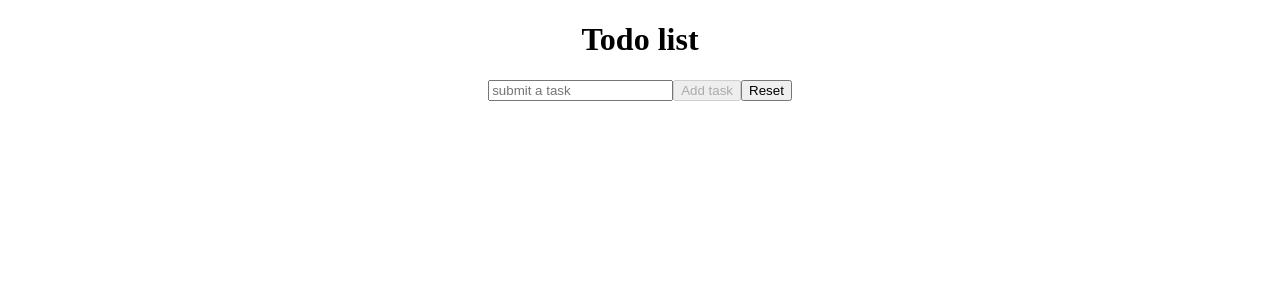
Repository: Ylan-sayada/todo-list
Page: /, after clicking the first element matching `button`
These files come from the project's save history. The page is drawn as it stood at one moment and after the next save; the edit follows.
The browser window is 1280 px wide. The pictures show the whole page.
The project was rebuilt for these pictures with package versions that can differ from the ones it lists, and the page was loaded fresh each time.

Above is the page before, as saved 2021-05-29 22:42:37.

### src/index.js
import React from 'react';
import ReactDOM from 'react-dom';
import App from './App.jsx';
ReactDOM.render(
  <React.StrictMode>
    <App />
  </React.StrictMode>,
  document.getElementById('root')
);

### src/App.jsx
import React from 'react';
import TodoContainer from './components/TodoContainer';

function App() {
  return (
    <div className="App">
      <header className="App-header" style={{textAlign:"center"}}>
       <h1>Todo list</h1>
       <TodoContainer style={{margin:"auto 0"}}/>
      </header>
    </div>
  );
}

export default App;

### src/components/TodoContainer.jsx
import React,{useReducer,useState} from 'react'
import TodoInput from './TodoInput';
import TodoContent from './TodoContent';
let idGenerator = 0
function reducer(state, action) {
    switch (action.type) {
      case 'add':
        return [...state,{
            id:idGenerator++,
            taskName: action.payload,
            isAccomplished:false,
        }];
      case 'update':
         let {id,taskName,isAccomplished} = state.filter(task => task.id === action.payload)[0];
         state = state.map((task)=>{
            return task.id === action.payload ? {id,taskName,isAccomplished:!isAccomplished} : task;
         })
        return [...state]
      case 'delete':
          state = state.filter(task => action.payload !== task.id).map(task => task)
         return [...state];
      case 'reset':
          return [];
      default:
        throw new Error();
    }
  }

  let initReducer = [];

export default function TodoContainer() {
    let [tasks,dispatchTask] = useReducer(reducer,initReducer);
    let [overloadMsg,setOverloadMsg] = useState(false);
    let addItem = (task) =>{
        if(tasks.length < 5){
            dispatchTask({type:'add',payload:task});
        }
        else
        setOverloadMsg(true);

    }
    let deleteItem = (id) =>{
        dispatchTask({type:'delete',payload:id});
        if(overloadMsg)
            setOverloadMsg(false);
    }
    let reset= () =>{
        dispatchTask({type:'reset'});
        if(overloadMsg)
            setOverloadMsg(false);
    }
    let updateState = (id) =>{
        dispatchTask({type:'update',payload:id})
    }
    return (
        <div >
        {tasks.length>0&&<p>{tasks.filter(el => el.isAccomplished === false).length} task/s to accomplish</p>}
        {overloadMsg && <p>Could not add more task!</p>}
       <TodoInput activeReset={tasks.length > 0 ? false : true } resetHandler={reset} addItemHandler={addItem}/>
       <TodoContent update={updateState} del={deleteItem} taskList={tasks}/>
        </div>
    )
}

### src/components/TodoInput.jsx
import React,{useRef,useState} from 'react'

export default function TodoInput(props) {
    let input  = useRef(null);
    let [isClickable,setIsClickable] = useState(true);
    let handleButtonState = (e) =>{
        let btnState  = e.target.value ? false : true;
        setIsClickable(btnState)
    }
    let onClickHandler = () =>{
        props.addItemHandler(input.current.value);
    }
    let resetHandler = () =>{
        props.resetHandler();
    }
    return (
        <div>
            <input ref={input} onChange={handleButtonState} type="text" placeholder="submit a task" />
            <button disabled={isClickable} onClick={onClickHandler}>Add task</button>
            {props.activeReset&&<button onClick={resetHandler}>Reset</button>}
        </div>
    )
}

### src/components/TodoContent.jsx
import React from 'react'

export default function TodoContent(props) {

    let deleteItem = (task) => {
        props.del(task.id);
    }
    let updateState = (task) => {
        props.update(task.id);
    }
    let taskList = props.taskList.map((task, id) => {
        return (
            <div key={id} style={{ display: "flex",margin:"10px 0", justifyContent: "space-evenly" }}>
                <p>{task.taskName}</p>
                <input onChange={() => updateState(task)} checked={task.isAccomplished} type="checkbox" />
                <button onClick={() => deleteItem(task)}>X</button>
            </div>
        )
    })

    return (
        <div>
            {taskList}
        </div>
    )
}

Loaded but not shown: public/index.html (common file)

After the next save:
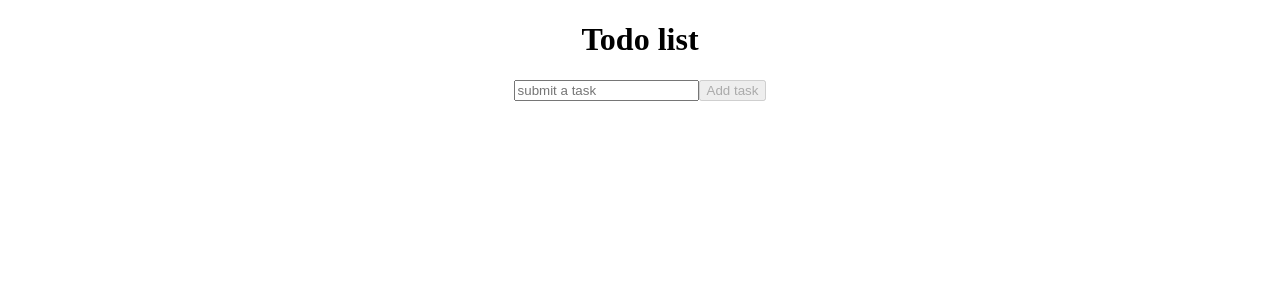
Saved 10 s later.
--- a/src/components/TodoInput.jsx
+++ b/src/components/TodoInput.jsx
@@ -17,7 +17,7 @@ export default function TodoInput(props) {
         <div>
             <input ref={input} onChange={handleButtonState} type="text" placeholder="submit a task" />
             <button disabled={isClickable} onClick={onClickHandler}>Add task</button>
-            {props.activeReset&&<button onClick={resetHandler}>Reset</button>}
+            {!props.activeReset&&<button onClick={resetHandler}>Reset</button>}
         </div>
     )
 }
